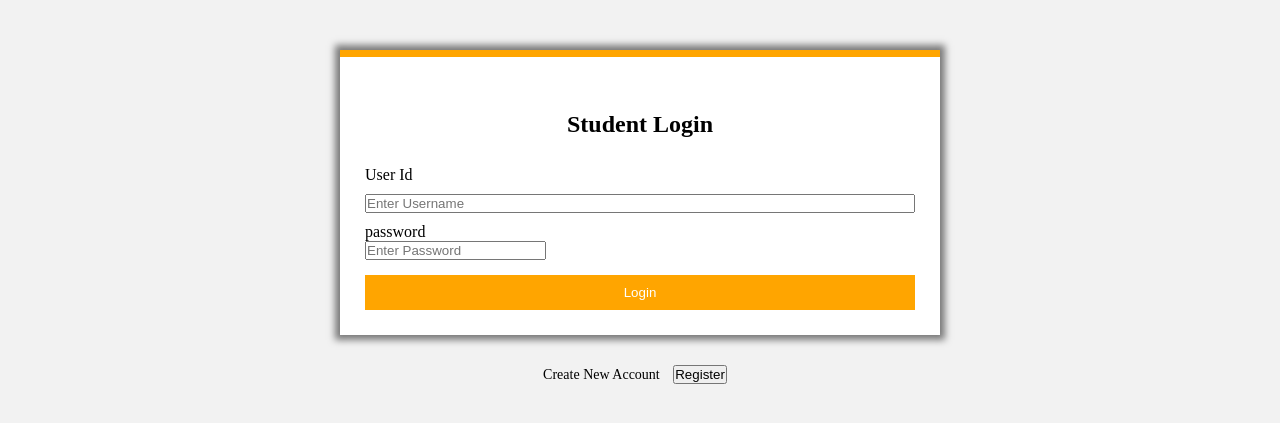
Repository: Sameer-0/workspace
Page: http://localhost/StudentCrud/views/login.jsp
These files come from the project's save history. The page is drawn as it stood at one moment and after the next save; the edit follows.
The browser window is 1280 px wide. The pictures show the whole page.
The page is served by Tomcat 9. Other server files are loaded and not shown.

Above is the page before, as saved 2022-07-12 17:42:17.

### StudentCrud/src/main/webapp/views/login.jsp
<%@ page language="java" contentType="text/html; charset=ISO-8859-1"
    pageEncoding="ISO-8859-1"%>
<!DOCTYPE html>
<html>
<head>
<meta charset="ISO-8859-1">
<title>Insert title here</title>
<link rel="stylesheet" href="style.css" />
</head>
<body>
<h2>${errorMsg}</h2>
<div class="container">
		<h2>Student Login</h2>
		<form id="login-form" action="/student-login" onsubmit="validateForm(event)" method="POST">

			<div class="input-name">
				<label for="id">User Id</label> <span id="id-message"
					class="error"></span> <br><input type="text"
					placeholder="Enter Username" id="id" class="id"
					name="id">
			</div>

			<div class="input-name">
				<label for="password">password</label>  <span id="password-message"
					class="error"></span> <br><input type="text"
					placeholder="Enter Password" id="password" class="login-password"
					name="password">
			</div>

			<div class="button1">
				<input type="submit" id="button" class="button" value="Login">
			</div>
		</form>
	</div>
		<div id="btn-div">
		Create New Account
				<a href="/views/index.jsp" id="a-tag">
					<button  id="login-btn" type="button">Register</button>
				</a>
			</div>
	<script src="login.js"></script>

</body>
</html>

### StudentCrud/src/main/webapp/views/style.css
* {
	margin: 0;
	padding: 0;
	box-sizing: border-box;
}

body {
	font-size: 14px;
	background: #f2f2f2;
}

.container {
	background: white;
	width: 600px;
	padding: 25px;
	margin: 50px auto 0;
	border-top: 7px solid orange;
	box-shadow: 0 0 7px 5px rgba(0, 0, 0, 0.5);
}

.container h2 {
	font-size: 24px;
	line-height: 24px;
	padding: 30px;
	text-align: center;
}

.name,.id, .email, .password {
	width: 100%;
	position: relative;
	margin: 10px auto;
}

.button {
	color : white;
	background: orange;
	height: 35px;
	line-height: 35px;
	width: 100%;
	outline: none;
	border: none;
	cursor: pointer;
	margin-top: 15px;
}

label {
	font-size: 16px
}

.button:hover {
	background: rgb(255, 128, 64);
}

#btn-div {
	text-align: center;
	margin: 30px;
}

#a-tag {
	margin: 10px;
}


.error {
  color: red;
  font-size: small;
  margin-left: 20px;
}

Loaded but not shown: StudentCrud/src/main/webapp/views/login.js (no copy from this time; the picture is the same without it)

After the next save:
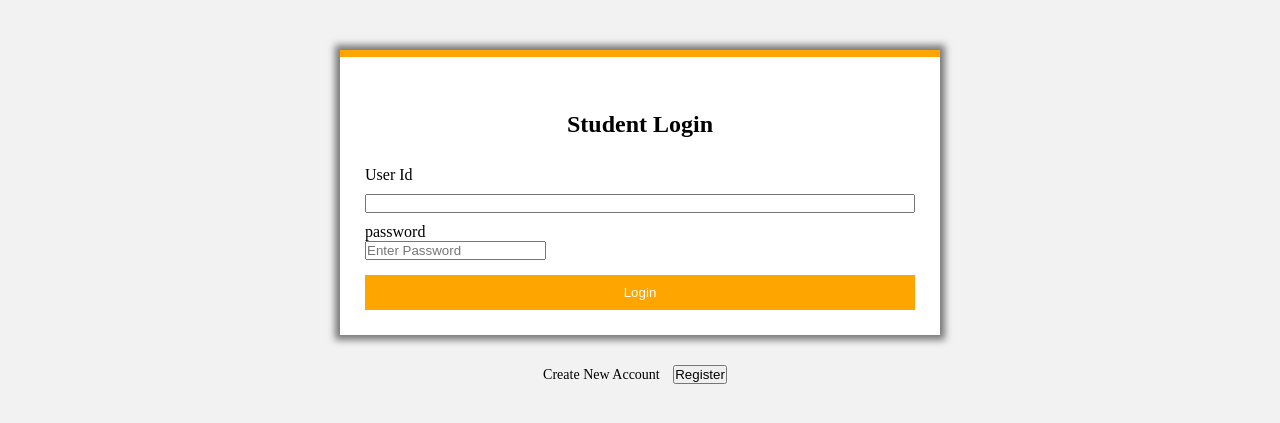
Saved 21 s later.
--- a/StudentCrud/src/main/webapp/views/login.jsp
+++ b/StudentCrud/src/main/webapp/views/login.jsp
@@ -16,7 +16,7 @@
 			<div class="input-name">
 				<label for="id">User Id</label> <span id="id-message"
 					class="error"></span> <br><input type="text"
-					placeholder="Enter Username" id="id" class="id"
+				    id="id" class="id"
 					name="id">
 			</div>
 
